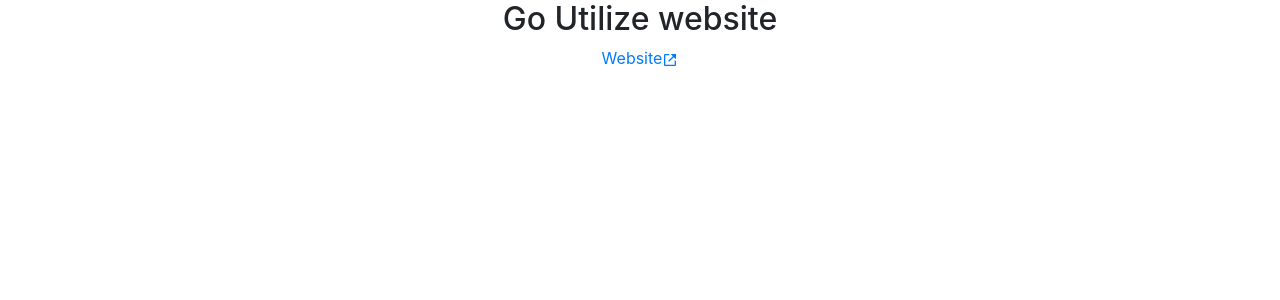
Repository: mdtahsinamin/internship-task
Page: /contact
An editor plug-in stored every save of this project. The page is shown before and after the next save, followed by the edit.
The browser window is 1280 px wide. The pictures show the whole page.
The project was rebuilt for these pictures with package versions that can differ from the ones it lists, and the page was loaded fresh each time. Also part of the build but not shown: src/App.css, src/Components/Style/SignIn.css, src/Components/Authentication/firebase.config.js, src/Components/Authentication/AuthManager.js, src/Components/Authentication/SignIn.js, src/Components/NotFound/NotFound.js, src/Components/Style/Navigation.css, src/Components/Pages/Share/Navigation/Navigation.js and 3 more.

Above is the page before, as saved 2020-12-24 19:44:59.

### src/App.js

import { createContext, useState } from "react";
import {
  BrowserRouter as Router,
  Switch,
  Route,
  Link
} from "react-router-dom";
import './App.css';
import SignIn from "./Components/Authentication/SignIn";
import NotFound from "./Components/NotFound/NotFound";
import Home from "./Components/Pages/Home/Home";
import Contact from "./Components/Pages/Share/Contact/Contact";
import Editing from "./Components/Pages/Share/Editing/Editing";
import Navigation from "./Components/Pages/Share/Navigation/Navigation";
import PrivateRoute from "./Components/PrivateRoute/PrivateRoute";

export const UserContext = createContext();

function App() {
   const [loginUser,setLoginUser] = useState({

   });

  return (
   <UserContext.Provider value={[loginUser,setLoginUser]}>
    <Router>
       <Switch>
         <PrivateRoute path='/home'>
           <Home></Home>
         </PrivateRoute>

        <PrivateRoute path='/order-editing'>
               <Navigation></Navigation>
               <Editing></Editing>
        </PrivateRoute>

        <Route path='/sign-in'>
              <Navigation></Navigation>
              <SignIn/>
         </Route>

         <Route path='/contact'>
             <Contact></Contact>
         </Route>

         <PrivateRoute exact path='/'>
             <Home></Home>
         </PrivateRoute>

       </Switch>
    </Router>
   </UserContext.Provider>
  );
}

export default App;

### src/Components/Pages/Share/Contact/Contact.js
import React from 'react';
import { BiLinkExternal } from "react-icons/bi";
const Contact = () => {
    const aStyle={
        textDecoration:'none',

    };
    return (
        <div className='text-center'>
             <h2>Go Utilize website</h2>
              <a href="https://www.utilize.app/" target="_blank">Website<BiLinkExternal/></a>
        </div>
    );
};

export default Contact;

Loaded but not shown: public/index.html (common file); src/index.js (common file); src/index.css (common file); src/reportWebVitals.js (common file)

After the next save:
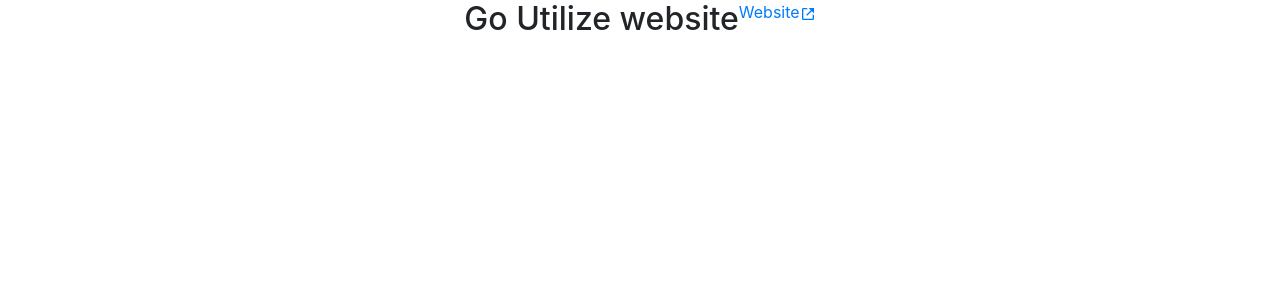
Saved 114 s later.
--- a/src/Components/Pages/Share/Contact/Contact.js
+++ b/src/Components/Pages/Share/Contact/Contact.js
@@ -6,7 +6,7 @@
 
     };
     return (
-        <div className='text-center'>
+        <div className='text-center d-flex justify-content-center align-content-center'>
              <h2>Go Utilize website</h2>
               <a href="https://www.utilize.app/" target="_blank">Website<BiLinkExternal/></a>
         </div>

After the save that followed:
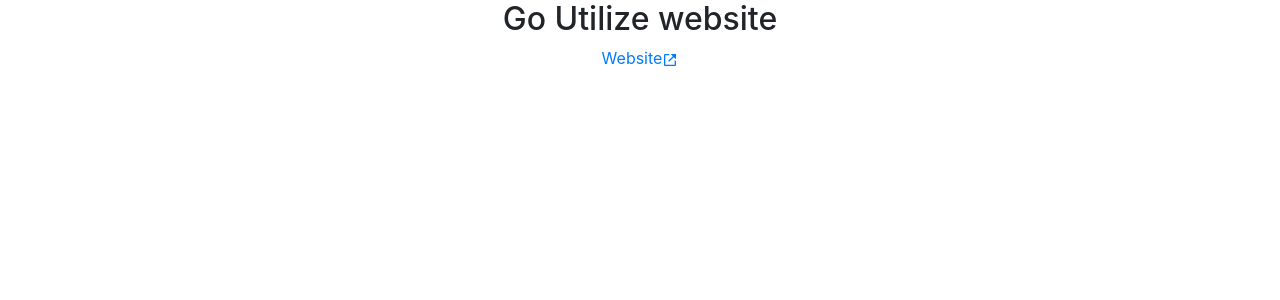
Saved 15 s later.
--- a/src/Components/Pages/Share/Contact/Contact.js
+++ b/src/Components/Pages/Share/Contact/Contact.js
@@ -6,7 +6,7 @@
 
     };
     return (
-        <div className='text-center d-flex justify-content-center align-content-center'>
+        <div className='text-center'>
              <h2>Go Utilize website</h2>
               <a href="https://www.utilize.app/" target="_blank">Website<BiLinkExternal/></a>
         </div>
